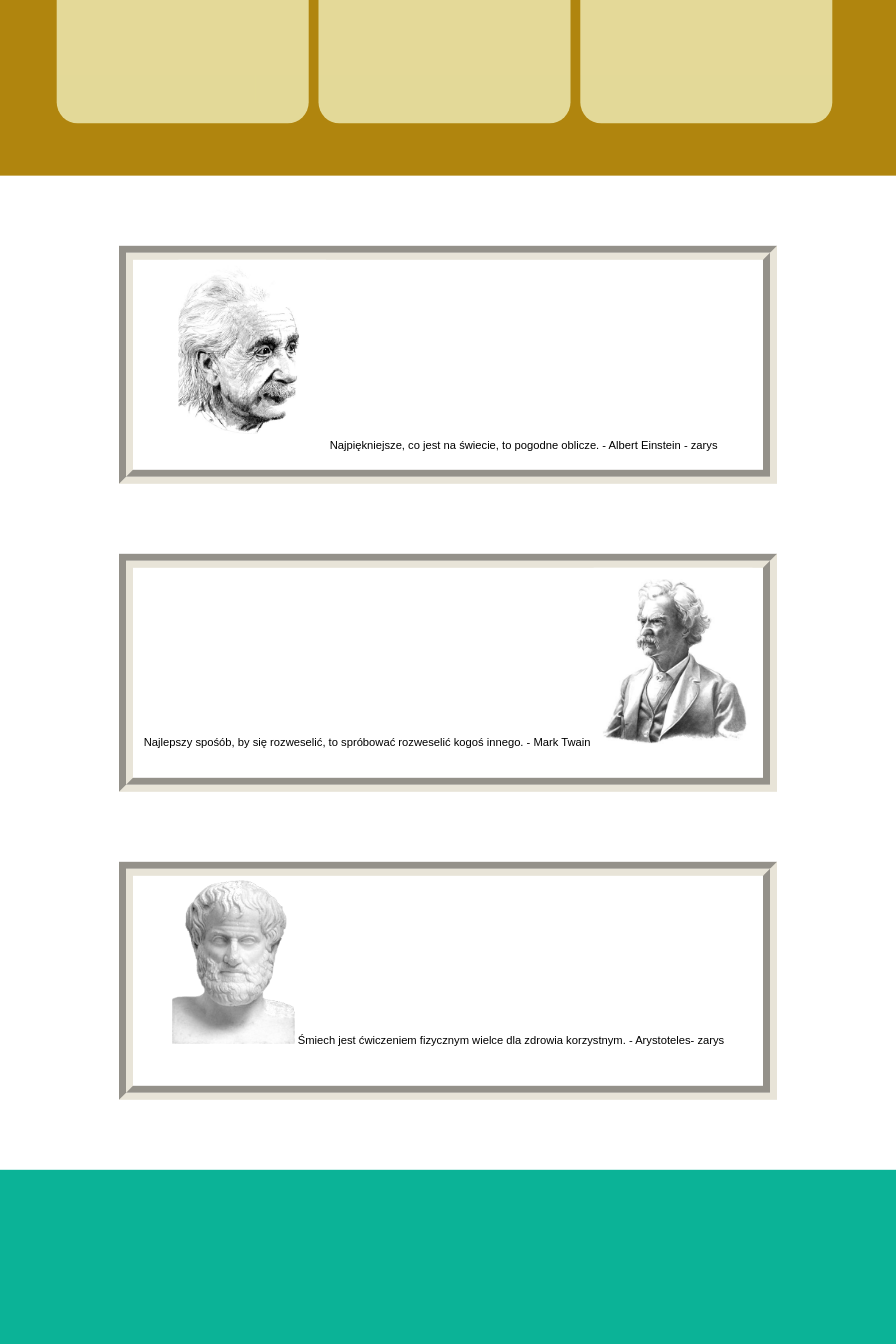
Repository: addstaw/moja-strona
Page: index.html
These files come from the project's save history. The page is drawn as it stood at one moment and after the next save; the edit follows.
The browser window is 1280 px wide. The pictures show the part of the page from y = 983 to 2903 px (the page is 3154 px tall), at 70% of full size.
Some web fonts or font styles are not loaded; a fallback is used.

Above is the page before, as saved 2020-05-12 08:35:12.

After the next save:
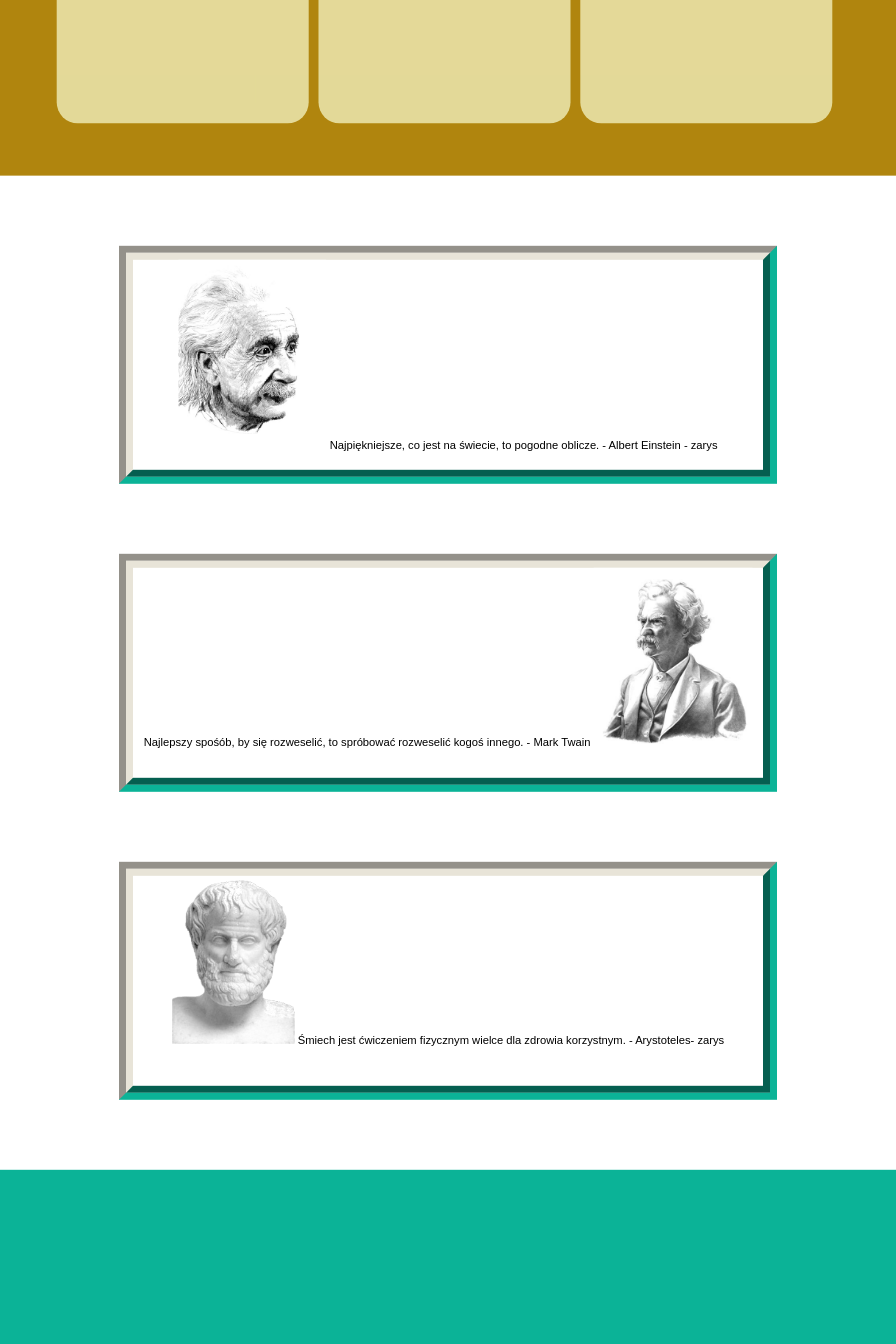
Saved 2 min 9 s later.
--- a/css/style7.css
+++ b/css/style7.css
@@ -79,6 +79,8 @@
         margin: 50px 0;
         display: inline-block;
         border: 20px groove #e8e4d8;
+        border-bottom:  20px groove#0bb397;
+        border-right:  20px groove #0bb397;
     }
 #footer{
     height: 500px;

After the save that followed:
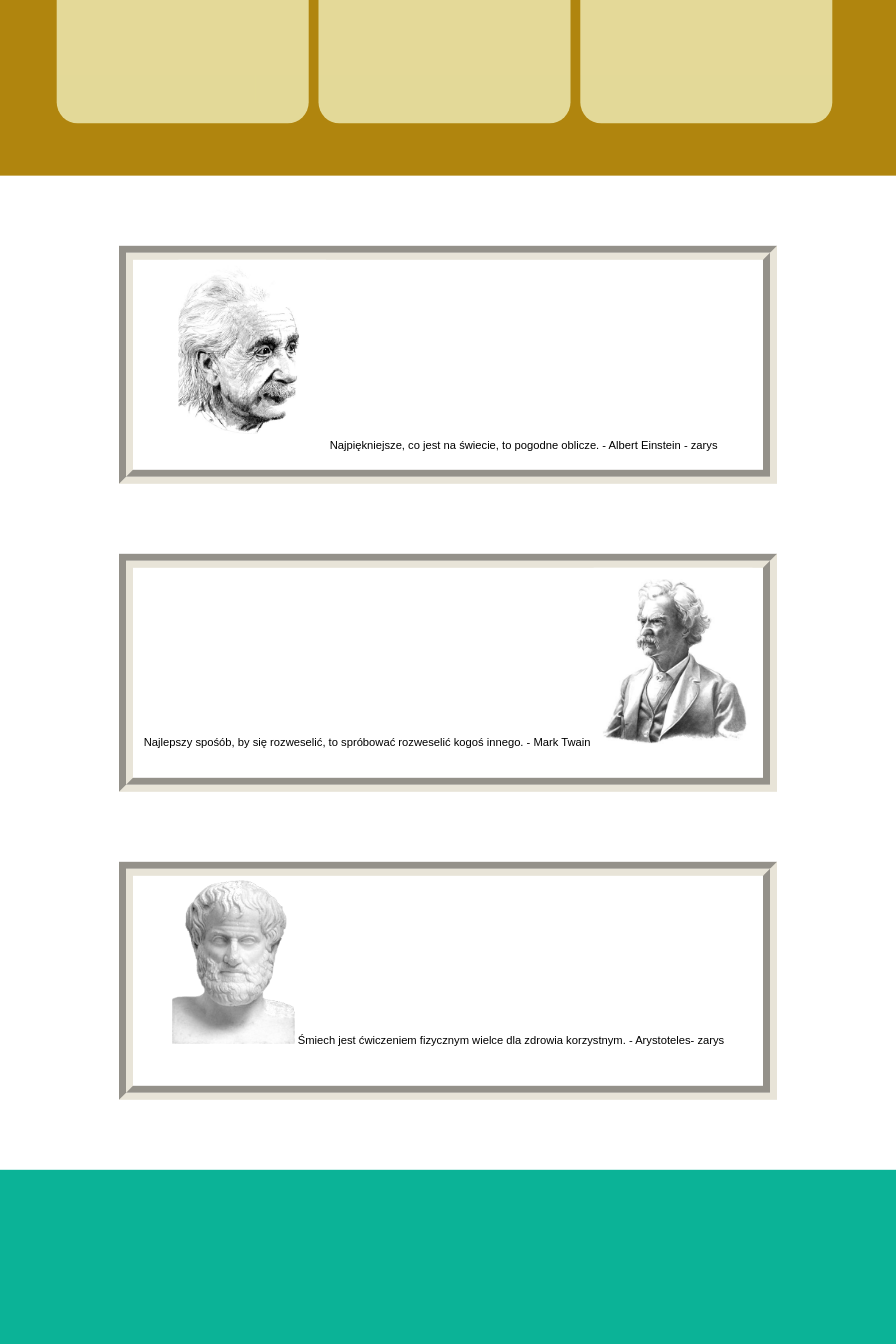
Saved 33 s later.
--- a/css/style7.css
+++ b/css/style7.css
@@ -79,8 +79,6 @@
         margin: 50px 0;
         display: inline-block;
         border: 20px groove #e8e4d8;
-        border-bottom:  20px groove#0bb397;
-        border-right:  20px groove #0bb397;
     }
 #footer{
     height: 500px;
